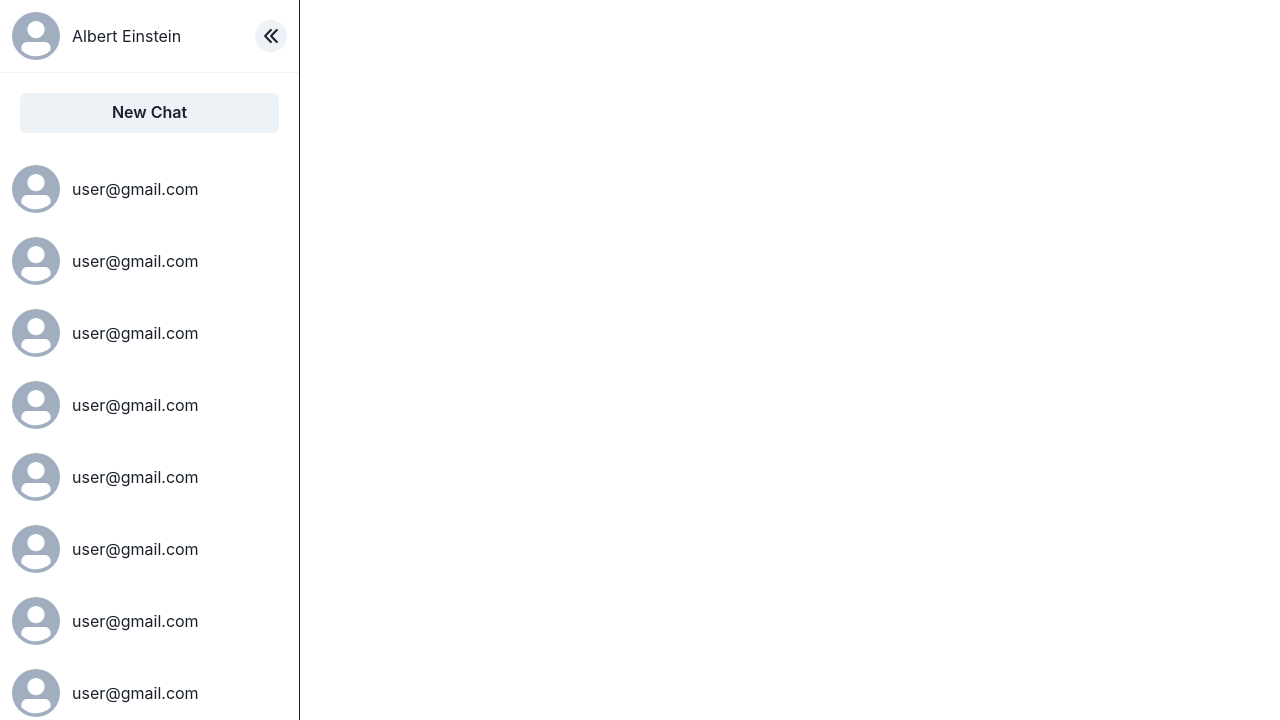
Repository: Siva20021/chat-app
Page: /
The author's editor kept a copy of each file at every save. The page is drawn from the files as they stood at one save, then again after a run of saves.
The browser window is 1280 px wide. The pictures show the whole page.
The project was rebuilt for these pictures with package versions that can differ from the ones it lists, and the page was loaded fresh each time. The framework's server and built-in components were replaced by stand-ins that run in the browser. Also part of the build but not shown: next.config.js, components/Login.js.

Above is the page before, as saved 2022-06-05 12:24:04.

After the next 2 saves:
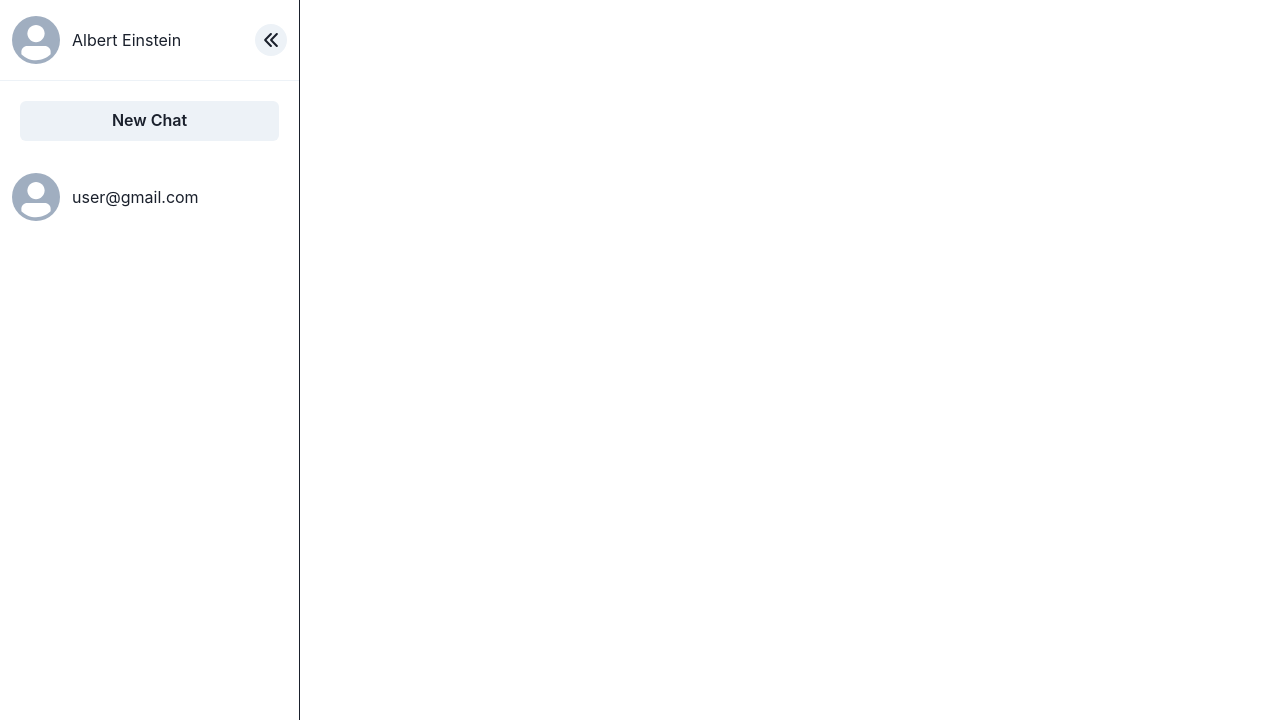
The 2 saves are shown as one change because they came seconds apart.
The last was saved 31 s later.
--- a/components/Sidebar.js
+++ b/components/Sidebar.js
@@ -38,15 +38,6 @@ export default function Sidebar() {
         <Button m={5} p={4}>New Chat</Button>
         <Flex overflowX="scroll" direction="column" sx={{scrollbarWidth:"none"}}>
             <Chat/>
-            <Chat/>
-            <Chat/>
-            <Chat/>
-            <Chat/>
-            <Chat/>
-            <Chat/>
-            <Chat/>
-            <Chat/>
-            <Chat/>
         </Flex>
     </Flex>
   )
